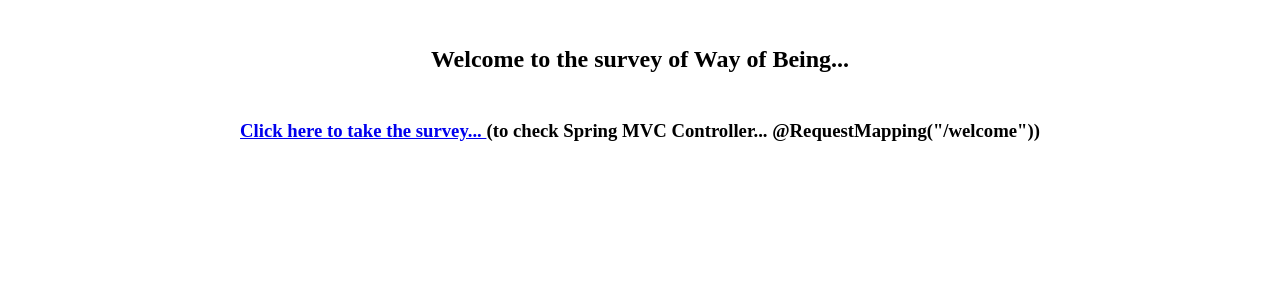
Repository: onlinechetan/WayOfBeing
Page: http://localhost/wayofbeing/
An editor plug-in stored every save of this project. The page is shown before and after a run of saves, followed by the edit.
The browser window is 1280 px wide. The pictures show the whole page.
The page is served by Tomcat 9. Other server files are loaded and not shown.

Above is the page before, as saved 2015-11-07 21:21:24.

### wayofbeing/WebContent/index.jsp
<html>
<head>
<title>Way of Being!!! </title>
<style type="text/css">

</style>
</head>
<body>
	<br>
	<div style="text-align:center">
		<h2>
			Welcome to the survey of Way of Being...<br> <br>
		</h2>
		<h3>
			<a href="welcome.jsp">Click here to take the survey... </a>(to
			check Spring MVC Controller... @RequestMapping("/welcome"))
		</h3>
	</div>
</body>
</html>

After the next 2 saves:
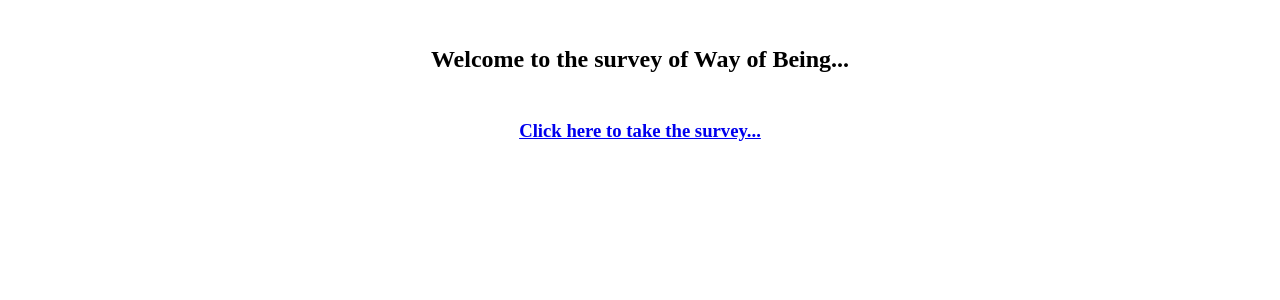
The 2 saves are shown as one change because they came seconds apart.
The last was saved 11 min 18 s later.
--- a/wayofbeing/WebContent/index.jsp
+++ b/wayofbeing/WebContent/index.jsp
@@ -12,8 +12,7 @@
 			Welcome to the survey of Way of Being...<br> <br>
 		</h2>
 		<h3>
-			<a href="welcome.jsp">Click here to take the survey... </a>(to
-			check Spring MVC Controller... @RequestMapping("/welcome"))
+			<a href="welcome.jsp">Click here to take the survey... </a>
 		</h3>
 	</div>
 </body>
